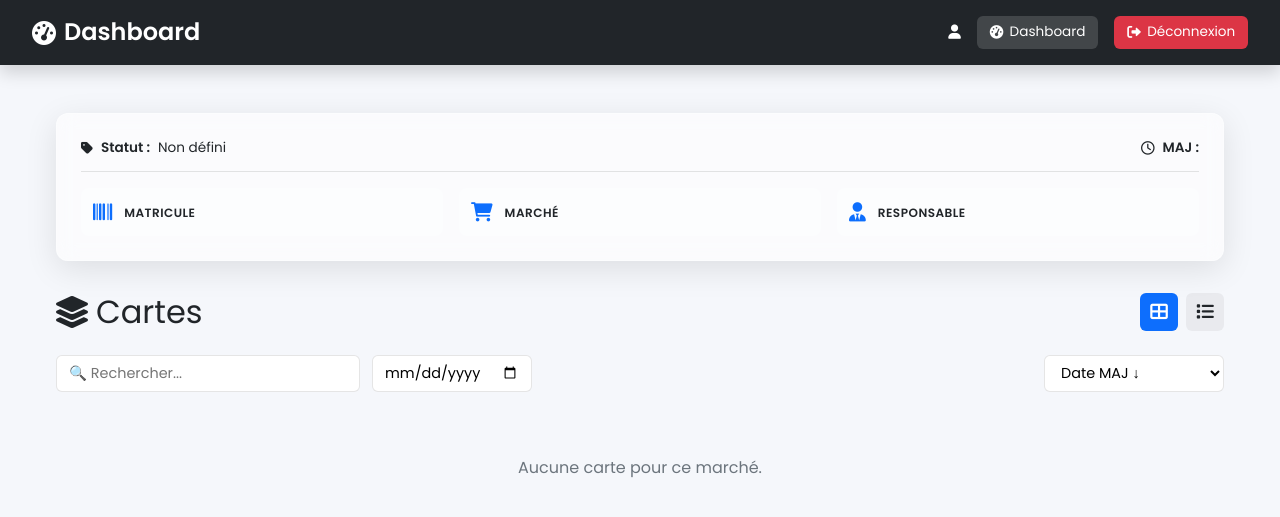
Repository: Andriatiana669/Retour_XP
Page: marches/templates/marches/description.html
These files come from the project's save history. The page is drawn as it stood at one moment and after the next save; the edit follows.
The browser window is 1280 px wide. The pictures show the whole page.
The page is served by the project's application, run on Django 5.2 (manage.py). Other server files are loaded and not shown. The template is opened directly, without the code that normally fills it, so the values that code supplies are empty.

Above is the page before, as saved 2026-01-08 14:15:09.

### marches/templates/marches/description.html
{% extends 'dashboard/base.html' %}
{% load static %}
{% block title %}{{ marche_detaille.titre }}{% endblock %}

{% block extra_css %}
<link rel="stylesheet" href="{% static 'marches/css/description.css' %}">
<link rel="stylesheet" href="https://cdnjs.cloudflare.com/ajax/libs/font-awesome/6.0.0/css/all.min.css">
{% endblock %}

{% block content %}
<main class="container">
    <section class="info-grid">
        <div class="info-card">
            <div class="info-header">
                <span class="etat-item"><i class="fas fa-tag"></i><strong>Statut :</strong>
                    {{ marche_detaille.etat_affaire.nom|default:'Non défini' }}
                </span>
                <span class="maj-item"><i class="far fa-clock"></i><strong>MAJ :</strong>
                    {{ marche_detaille.date_maj|date:"d/m/Y H:i" }}
                </span>
            </div>
            <div class="info-items-container">
                <div class="info-item">
                    <i class="fas fa-barcode"></i>
                    <span>
                        <strong>Matricule</strong>
                        <br>
                        {{ marche_detaille.matricule }}
                    </span>
                </div>
                <div class="info-item">
                    <i class="fas fa-shopping-cart"></i>
                    <span>
                        <strong>Marché</strong>
                        <br>
                        {{ marche_detaille.nom_marche }}
                    </span>
                </div>
                <div class="info-item">
                    <i class="fas fa-user-tie"></i>
                    <span>
                        <strong>Responsable</strong>
                        <br>
                        {{ marche_detaille.resp_marche }}
                    </span>
                </div>
                <!--
                <div class="info-item">
                    <i class="fas fa-calendar-check"></i>
                    <span>
                        <strong>Retour</strong>
                        <br>
                        {{ marche_detaille.date_retour|default:'Non planifié' }}
                    </span>
                </div>
                -->
            </div>
        </div>
        {% if marche_detaille.description %}
        <div class="description-box">
            <h3><i class="fas fa-info-circle"></i> Description</h3>
            <p>{{ marche_detaille.description|linebreaks }}</p>
        </div>
        {% endif %}
    </section>

    <!-- ========== CARTES ========== -->
    <section class="cartes-section">
        <div class="cartes-header">
            <h2><i class="fas fa-layer-group"></i> Cartes</h2>
            <div class="view-toggle">
                <button id="btnGrand" class="vue-btn active" title="Grandes cartes"><i
                        class="fas fa-th-large"></i></button>
                <button id="btnPetit" class="vue-btn" title="Petites cartes"><i class="fas fa-list"></i></button>
            </div>
            {% if request.user.profile.est_responsable %}
            <a href="{% url 'marches:ajouter_carte' marche_detaille.id %}" class="btn-add"><i
                    class="fas fa-plus-circle"></i> Ajouter une carte</a>
            {% endif %}
        </div>

        <!-- Barre outils : tri + filtre -->
        <div class="cartes-tools">
            <div class="tools-left">
                <input type="text" id="searchCarte" placeholder="🔍 Rechercher..." class="form-search">
                <input type="date" id="filterDate" class="form-date">
            </div>
            <div class="tools-right">
                <select id="sortSelect" class="form-sort">
                    <option value="date-desc">Date MAJ ↓</option>
                    <option value="date-asc">Date MAJ ↑</option>
                    <option value="titre-az">Titre A-Z</option>
                    <option value="titre-za">Titre Z-A</option>
                </select>
            </div>
        </div>

        <!-- Conteneur des cartes -->
        <div id="cartesContainer" class="cartes-container">
        {% for carte in cartes %}
        <div class="carte" data-id="{{ carte.id }}" data-titre="{{ carte.titre|lower }}" data-date="{{ carte.date_maj|date:'Y-m-d' }}">
            <!-- actions visibles dans les 2 modes -->
            <div class="carte-actions mode-independent">
            <a href="{% url 'marches:voir_carte' carte.id %}" class="btn-act" title="Voir"><i class="fas fa-eye"></i></a>
            {% if request.user.profile.est_responsable %}
            <a href="{% url 'marches:modifier_carte' carte.id %}" class="btn-act mod" title="Modifier"><i class="fas fa-edit"></i></a>
            <a href="{% url 'marches:supprimer_carte' carte.id %}" class="btn-act del" title="Supprimer" onclick="return confirm('Supprimer cette carte ?');"><i class="fas fa-trash"></i></a>
            {% endif %}
            </div>

            <!-- Conteneur unique -->
            <div class="carte-inner">
            <!-- Vue compacte (ligne) -->
            <div class="carte-compact">
                <span class="cc-titre"><i class="far fa-folder"></i> {{ carte.titre }}</span>
                <span class="cc-objet"><i class="fas fa-paperclip"></i> {{ carte.objet|default:"-" }}</span>
                <span class="cc-client"><i class="fas fa-user-alt"></i> {{ carte.nom_client|default:"-" }}</span>
                <span class="cc-date"><i class="far fa-calendar"></i> <strong>Date retour :</strong> {{ carte.date_retour|date:"d/m/Y" }}</span>
                <span class="cc-maj"><i class="far fa-clock"></i> <strong>Date MAJ :</strong> {{ carte.date_maj|date:"d/m/Y H:i" }}</span>
            </div>

            <!-- Vue normale (carte complète) -->
            <div class="carte-normal">
                <div class="carte-header"><h4>{{ carte.titre }}</h4><button class="btn-copy" data-contenu="{{ carte.contenu|striptags|escape }}" title="Copier"><i class="far fa-copy"></i></button></div>
                <div class="carte-body">
                {% if carte.objet %}<p class="objet"><strong>Objet :</strong> {{ carte.objet }}</p>{% endif %}
                {% if carte.nom_client %}<p class="client"><strong>Client :</strong> {{ carte.nom_client }}</p>{% endif %}
                <div class="contenu">{{ carte.contenu|linebreaks }}</div>
                </div>
                {% if carte.image %}<div class="carte-image"><img src="{{ carte.image.url }}" alt="{{ carte.titre }}" loading="lazy"></div>{% endif %}
                <div class="carte-footer"><span class="date-retour"><i class="far fa-calendar"></i> Retour : {{ carte.date_retour|date:"d/m/Y" }}</span><span class="date-maj">MAJ : {{ carte.date_maj|date:"d/m/Y H:i" }}</span></div>
            </div>
            </div>
        </div>
        {% empty %}
        <p class="empty-cartes">Aucune carte pour ce marché.</p>
        {% endfor %}
        </div>
    </section>
</main>

<script src="{% static 'marches/js/description.js' %}"></script>
{% endblock %}

### dashboard/templates/dashboard/base.html
{% load static %}
<!DOCTYPE html>
<html lang="fr">
<head>
    <meta charset="UTF-8">
    <meta name="viewport" content="width=device-width, initial-scale=1.0">
    <title>{% block title %}Dashboard - Retour XP{% endblock %}</title>

    <!-- Polices et icônes -->
    <link rel="stylesheet" href="https://cdnjs.cloudflare.com/ajax/libs/font-awesome/6.4.0/css/all.min.css">
    <link href="https://fonts.googleapis.com/css2?family=Poppins:wght@300;400;600&display=swap" rel="stylesheet">

    <!-- Bootstrap + CSS global -->
    <link href="https://cdn.jsdelivr.net/npm/bootstrap@5.3.2/dist/css/bootstrap.min.css" rel="stylesheet">
    <link rel="stylesheet" href="{% static 'dashboard/css/dashboard.css' %}">

    {% block extra_css %}{% endblock %}
</head>
<body>
    <!-- HEADER COMMUN -->
    <header>
        <h1><i class="fas fa-tachometer-alt"></i> Dashboard</h1>

        <div class="header-actions">
            <!-- Nom utilisateur -->
            <span class="user-name"><i class="fas fa-user"></i> {{ request.user.username }}</span>

            <!-- Fil d'Ariane (hors page d'accueil) -->
            {% if request.resolver_match.url_name != 'dashboard' %}
            <nav class="breadcrumb-bar">
                <a href="{% url 'dashboard:dashboard' %}" class="btn-nav">
                    <i class="fas fa-tachometer-alt"></i> Dashboard
                </a>
                {% if request.resolver_match.url_name == 'description' %}
                <a href="{% url 'dashboard:liste_marche' object.marche_global.id %}" class="btn-nav">
                    <i class="fas fa-arrow-left"></i> Retour à la liste
                </a>
                {% endif %}
            </nav>
            {% endif %}

            <!-- Déconnexion (rouge) -->
            <a href="{% url 'authentification:logout' %}" class="btn-logout">
                <i class="fas fa-sign-out-alt"></i> Déconnexion
            </a>
        </div>
    </header>

    <!-- CONTENU DES PAGES FILLES -->
    <main>
        {% block content %}{% endblock %}
    </main>

    <!-- JS COMMUN -->
    <script src="https://cdn.jsdelivr.net/npm/bootstrap@5.3.2/dist/js/bootstrap.bundle.min.js"></script>
    {% block extra_js %}{% endblock %}
</body>
</html>

### Retour_XP/urls.py
"""
URL configuration for Retour_XP project.

The `urlpatterns` list routes URLs to views. For more information please see:
    https://docs.djangoproject.com/en/5.2/topics/http/urls/
Examples:
Function views
    1. Add an import:  from my_app import views
    2. Add a URL to urlpatterns:  path('', views.home, name='home')
Class-based views
    1. Add an import:  from other_app.views import Home
    2. Add a URL to urlpatterns:  path('', Home.as_view(), name='home')
Including another URLconf
    1. Import the include() function: from django.urls import include, path
    2. Add a URL to urlpatterns:  path('blog/', include('blog.urls'))
"""
# Retour_XP/urls.py
from django.contrib import admin
from django.urls import path, include
from django.conf import settings
from django.conf.urls.static import static

urlpatterns = [
    path('admin/', admin.site.urls),
    path('', include('authentification.urls')),
    path('dashboard/', include('dashboard.urls')),
    path('marches/', include('marches.urls')),
]

if settings.DEBUG:
    urlpatterns += static(settings.MEDIA_URL, document_root=settings.MEDIA_ROOT)
    urlpatterns += static(settings.STATIC_URL, document_root=settings.STATIC_ROOT)

### authentification/urls.py
# authentification/urls.py
from django.urls import path
from . import views

app_name = 'authentification'

urlpatterns = [
    path('', views.login_view, name='login'),
    path('logout/', views.custom_logout, name='logout'),   # ← nouvelle ligne
]

### dashboard/urls.py
# dashboard/urls.py
from django.urls import path
from . import views

app_name = 'dashboard'

urlpatterns = [
    path('', views.dashboard_view, name='dashboard'),
    path('marche/<int:marche_global_id>/', views.liste_marche_view, name='liste_marche'),
    path('marche/<int:marche_global_id>/ajouter/', views.ajouter_marche_view, name='ajouter_marche'),
    path('marche/change-etat/<int:pk>/', views.change_etat_view, name='change_etat'),
    path('marche/modifier/<int:pk>/', views.modifier_marche_view, name='modifier_marche'),
    path('marche/supprimer/<int:pk>/', views.supprimer_marche_view, name='supprimer_marche'),
]

### marches/urls.py
# marches/urls.py
from django.urls import path
from . import views

app_name = 'marches'

urlpatterns = [
    path('description/<int:marche_detaille_id>/', views.description_view, name='description'),

    # Cartes
    path('carte/ajouter/<int:marche_detaille_id>/', views.ajouter_carte_view,   name='ajouter_carte'),
    path('carte/voir/<int:carte_id>/',                views.voir_carte_view,      name='voir_carte'),
    path('carte/modifier/<int:carte_id>/',            views.modifier_carte_view,  name='modifier_carte'),
    path('carte/supprimer/<int:carte_id>/',           views.supprimer_carte_view, name='supprimer_carte'),
]

### dashboard/static/dashboard/css/dashboard.css
/* ---------- VARIABLES ---------- */
:root {
    --primary-color: #0d6efd;
    --secondary-color: #6c757d;
    --success-color: #28a745;
    --danger-color: #dc3545;
    --light-color: #f8f9fa;
    --dark-color: #212529;
    --shadow-sm: 0 .125rem .25rem rgba(0,0,0,.075);
    --shadow-md: 0 .5rem 1rem rgba(0,0,0,.15);
    --shadow-lg: 0 1rem 3rem rgba(0,0,0,.175);
    --transition: all .3s ease;
}

/* ---------- BASE ---------- */
body {
    font-family: 'Poppins', 'Segoe UI', Roboto, Arial, sans-serif;
    background: var(--light-color);
    margin: 0;
    padding: 0;
    color: #333;
}

/* ---------- HEADER ---------- */
header {
    background: var(--dark-color);
    color: #fff;
    padding: 1rem 2rem;
    display: flex;
    justify-content: space-between;
    align-items: center;
    box-shadow: var(--shadow-md);
    position: sticky;
    top: 0;
    z-index: 100;
}
header h1 {
    margin: 0;
    font-size: 1.5rem;
    font-weight: 600;
    display: flex;
    align-items: center;
    gap: .5rem;
}

.header-actions {
    display: flex;
    align-items: center;
    gap: 1rem;
}
.user-name {
    font-size: .9rem;
    color: #fff;
    white-space: nowrap;
}

.breadcrumb-bar {
    display: flex;
    gap: .5rem;
}
.btn-nav {
    background: rgba(255,255,255,.15);
    color: #fff;
    padding: .4rem .8rem;
    border-radius: .375rem;
    text-decoration: none;
    font-size: .85rem;
    display: inline-flex;
    align-items: center;
    gap: .4rem;
    transition: background .2s;
}
.btn-nav:hover { background: rgba(255,255,255,.25); }

.btn-logout {
    background: var(--danger-color);
    color: #fff;
    padding: .4rem .8rem;
    border-radius: .375rem;
    text-decoration: none;
    font-size: .85rem;
    display: inline-flex;
    align-items: center;
    gap: .4rem;
    transition: background .2s;
}
.btn-logout:hover { background: #c82333; }

/* ---------- MAIN ---------- */
main {
    padding: 2rem;
    max-width: 1400px;
    margin: 0 auto;
}
main h2 {
    color: var(--dark-color);
    margin-bottom: 1.5rem;
    display: flex;
    align-items: center;
    gap: .5rem;
}

/* ---------- DASHBOARD CONTROLS ---------- */
.dashboard-controls {
    display: flex;
    justify-content: space-between;
    margin-bottom: 1.5rem;
    gap: 1rem;
    flex-wrap: wrap;
}
.search-bar {
    flex: 1;
    min-width: 200px;
}
.search-bar input {
    width: 100%;
    padding: .75rem 1rem;
    border: 1px solid #dee2e6;
    border-radius: .5rem;
    font-size: 1rem;
    transition: var(--transition);
}
.search-bar input:focus {
    border-color: var(--primary-color);
    outline: none;
    box-shadow: 0 0 0 .25rem rgba(13, 110, 253, .25);
}
.filter-options select {
    padding: .75rem 1rem;
    border: 1px solid #dee2e6;
    border-radius: .5rem;
    background: #fff;
    cursor: pointer;
    min-width: 180px;
}

/* ---------- GRILLE ---------- */
.marches-grid {
    display: grid;
    grid-template-columns: repeat(auto-fill, minmax(280px, 1fr));
    gap: 1.5rem;
    margin-top: 1.5rem;
}

/* ---------- CARTE ---------- */
.marche-card {
    background: #fff;
    padding: 1.5rem;
    border-radius: .5rem;
    box-shadow: var(--shadow-sm);
    border: 1px solid #e9ecef;
    display: flex;
    flex-direction: column;
    position: relative;
    overflow: hidden;
    transition: var(--transition);
}
.marche-card::before {
    content: "📊";
    position: absolute;
    top: 1rem;
    right: 1rem;
    font-size: 1.5rem;
    opacity: .1;
    color: var(--primary-color);
}
.marche-card:hover {
    transform: translateY(-5px) scale(1.01);
    box-shadow: var(--shadow-lg);
    border-color: var(--primary-color);
}
.marche-card h3 {
    margin: 0 0 .5rem 0;
    color: var(--primary-color);
    font-weight: 600;
}
.marche-card p {
    color: var(--secondary-color);
    margin: .5rem 0 1rem 0;
    flex-grow: 1;
}
.marche-stats { margin: .5rem 0; }
.projet-count {
    background: var(--success-color);
    color: #fff;
    padding: .25rem .75rem;
    border-radius: 1rem;
    font-size: .875rem;
    font-weight: 600;
    display: inline-flex;
    align-items: center;
    gap: .5rem;
}
.projet-count::before { content: "📦"; }

/* ---------- BOUTON ---------- */
.btn-voir {
    display: inline-flex;
    align-items: center;
    gap: .5rem;
    margin-top: auto;
    padding: .5rem 1rem;
    background: var(--primary-color);
    color: #fff;
    text-decoration: none;
    border-radius: .375rem;
    font-weight: 500;
    transition: var(--transition);
    align-self: flex-start;
}
.btn-voir:hover {
    background: #0b5ed7;
    transform: translateY(-1px);
}

/* ---------- ANIMATION ---------- */
@keyframes fadeIn {
    from { opacity: 0; transform: translateY(10px); }
    to { opacity: 1; transform: translateY(0); }
}
.marche-card { animation: fadeIn .3s ease forwards; }

/* ---------- RESPONSIVE ---------- */
@media (max-width: 768px) {
    .dashboard-controls { flex-direction: column; }
    .marches-grid { grid-template-columns: 1fr; }
}

### marches/static/marches/css/description.css
/* ---------- VARIABLES ---------- */
:root {
  --primary: #0d6efd;
  --glass: rgba(255, 255, 255, 0.55);
  --shadow: 0 8px 32px rgba(0, 0, 0, 0.1);
  --radius: 12px;
  --txt: #212529;
  --bg: #f5f7fb;
}
body {
  background: var(--bg);
  font-family: 'Poppins', sans-serif;
  color: var(--txt);
  margin: 0;
}
.container {
  max-width: 1200px;
  margin: 0 auto;
  padding: 1rem;
}

/* ---------- INFO ---------- */
.info-grid {
  margin-bottom: 2rem;
}
.info-card {
  background: var(--glass);
  backdrop-filter: blur(10px);
  border: 1px solid rgba(255, 255, 255, 0.3);
  border-radius: var(--radius);
  box-shadow: var(--shadow);
  padding: 1.5rem;
  display: flex;
  flex-direction: column;
  gap: 1rem;
}
.info-header {
  display: flex;
  justify-content: space-between;
  padding-bottom: 0.75rem;
  border-bottom: 1px solid rgba(0, 0, 0, 0.1);
}
.etat-item, .maj-item {
  display: flex;
  align-items: center;
  gap: 0.5rem;
  font-size: 0.85rem;
}
.info-items-container {
  display: flex;
  flex-wrap: wrap;
  gap: 1rem;
}
.info-item {
  flex: 1;
  min-width: 200px;
  display: flex;
  align-items: center;
  gap: 0.75rem;
  padding: 0.75rem;
  background: rgba(255, 255, 255, 0.3);
  border-radius: 8px;
  transition: transform 0.2s;
}
.info-item:hover {
  transform: translateY(-2px);
  box-shadow: 0 4px 8px rgba(0, 0, 0, 0.1);
}
.info-item i {
  font-size: 1.2rem;
  color: var(--primary);
}
.info-item strong {
  font-size: 0.75rem;
  text-transform: uppercase;
  letter-spacing: 0.5px;
}
.description-box {
  background: var(--glass);
  backdrop-filter: blur(10px);
  border: 1px solid rgba(255, 255, 255, 0.3);
  border-radius: var(--radius);
  box-shadow: var(--shadow);
  padding: 1.5rem;
  margin-top: 1rem;
}
.description-box h3 {
  margin: 0 0 1rem;
  display: flex;
  align-items: center;
  gap: 0.5rem;
}

/* ---------- CARTES ---------- */
.cartes-section {
  margin-top: 2rem;
}
.cartes-header {
  display: flex;
  justify-content: space-between;
  align-items: center;
  margin-bottom: 1.5rem;
  flex-wrap: wrap;
  gap: 1rem;
}
.cartes-header h2 {
  margin: 0;
  display: flex;
  align-items: center;
  gap: 0.5rem;
}
.btn-add {
  background: var(--primary);
  color: #fff;
  padding: 0.5rem 1rem;
  border-radius: 0.375rem;
  text-decoration: none;
  display: inline-flex;
  align-items: center;
  gap: 0.5rem;
  transition: background 0.2s;
}
.btn-add:hover {
  background: #0b5ed7;
}
/* ------ BOUTONS DE BASCULE ------ */
.view-toggle {
  display: flex;
  gap: 0.5rem;
}
.vue-btn {
  background: rgba(0, 0, 0, 0.05);
  border: none;
  width: 38px;
  height: 38px;
  border-radius: 6px;
  cursor: pointer;
  font-size: 1.1rem;
  color: var(--txt);
  transition: background 0.2s;
}
.vue-btn.active,
.vue-btn:hover {
  background: var(--primary);
  color: #fff;
}
/* ------ OUTILS : RECHERCHE + FILTRE + TRI ------ */
.cartes-tools {
  display: flex;
  justify-content: space-between;
  align-items: center;
  margin-bottom: 1rem;
  flex-wrap: wrap;
  gap: 1rem;
}
.tools-left, .tools-right {
  display: flex;
  gap: 0.75rem;
  align-items: center;
}
.form-search,
.form-date,
.form-sort {
  padding: 0.4rem 0.75rem;
  border: 1px solid rgba(0, 0, 0, 0.1);
  border-radius: 0.375rem;
  background: #fff;
  font-size: 0.9rem;
}
.form-search {
  min-width: 220px;
}
.form-date {
  width: 160px;
}
.form-sort {
  width: 180px;
}
/* ------ GRANDE CARTE : 4 par ligne + hauteur réduite ------ */
.cartes-container {
  display: grid;
  gap: 1.5rem;
  grid-template-columns: repeat(auto-fill, minmax(300px, 1fr));
}
@media (min-width: 1200px) {
  .cartes-container {
    grid-template-columns: repeat(4, 1fr);
  }
}
.carte {
  background: var(--glass);
  backdrop-filter: blur(10px);
  border: 1px solid rgba(255, 255, 255, 0.3);
  border-radius: var(--radius);
  box-shadow: var(--shadow);
  overflow: hidden;
  transition: transform 0.2s;
  display: flex;
  flex-direction: column;
}
.carte:hover {
  transform: translateY(-4px);
}
/* Hauteur réduite : scroll + image limitée */
.carte-normal .carte-body {
  max-height: 150px;
  overflow: auto;
}
.carte-normal .carte-image img {
  max-height: 140px;
  object-fit: cover;
}
/* Actions visibles dans les 2 modes */
.mode-independent {
  display: flex;
  justify-content: flex-end;
  padding: 0.4rem 0.75rem;
  gap: 0.4rem;
  background: rgba(0, 0, 0, 0.05);
}
.btn-act {
  background: none;
  border: none;
  color: var(--primary);
  cursor: pointer;
  padding: 0.25rem 0.5rem;
  border-radius: 0.25rem;
  transition: background 0.2s;
}
.btn-act:hover {
  background: rgba(13, 110, 253, 0.1);
}
.btn-act.del {
  color: #dc3545;
}
.btn-act.del:hover {
  background: rgba(220, 53, 69, 0.1);
}
.carte-header {
  display: flex;
  justify-content: space-between;
  align-items: center;
  padding: 0.6rem 1rem;
  border-bottom: 1px solid rgba(0, 0, 0, 0.05);
}
.carte-header h4 {
  margin: 0;
  font-size: 1rem;
}
.btn-copy {
  background: none;
  border: none;
  color: var(--primary);
  cursor: pointer;
  padding: 0.25rem;
  border-radius: 0.25rem;
  transition: background 0.2s;
}
.btn-copy:hover {
  background: rgba(13, 110, 253, 0.1);
}
.carte-body {
  padding: 0.6rem 1rem;
  flex: 1;
  overflow: auto;
}
.carte-body .objet,
.carte-body .client {
  margin: 0.25rem 0;
  font-size: 0.85rem;
}
.carte-body .contenu {
  margin-top: 0.5rem;
  line-height: 1.5;
}
.carte-image img {
  width: 100%;
  height: auto;
  max-height: 140px;
  object-fit: cover;
  border-top: 1px solid rgba(0, 0, 0, 0.05);
}
.carte-footer {
  padding: 0.5rem 1rem;
  font-size: 0.75rem;
  color: #6c757d;
  border-top: 1px solid rgba(0, 0, 0, 0.05);
  display: flex;
  justify-content: space-between;
}
.date-maj {
  font-size: 0.7rem;
}
.empty-cartes {
  text-align: center;
  padding: 3rem 0;
  color: #6c757d;
  grid-column: 1 / -1;
}
/* ------ MODE COMPACT (liste) ------ */
.cartes-container.compact {
  display: block;
}
.cartes-container.compact .carte-normal {
  display: none;
}
.cartes-container.compact .carte-compact {
  display: grid;
  grid-template-columns: 2fr 1.5fr 1fr 1fr 1fr auto;
  gap: 1rem;
  align-items: center;
  padding: 0.5rem 1rem;
  border-bottom: 1px solid rgba(0, 0, 0, 0.05);
}
.cartes-container.compact .carte {
  background: transparent;
  box-shadow: none;
  border-radius: 0;
  margin: 0;
}
.cartes-container.compact .cc-date,
.cartes-container.compact .cc-maj {
  font-size: 0.8rem;
  color: #6c757d;
}

.cartes-container .carte-inner .carte-compact { display: none; }
.cartes-container .carte-inner .carte-normal  { display: block; }

.cartes-container.compact .carte-inner .carte-compact { display: grid; }
.cartes-container.compact .carte-inner .carte-normal  { display: none; }


@media (max-width: 768px) {
  .info-items-container {
    flex-direction: column;
  }
  .cartes-header {
    flex-direction: column;
    align-items: flex-start;
  }
  .cartes-tools {
    flex-direction: column;
    align-items: stretch;
  }
  .cartes-container.compact .carte-compact {
    grid-template-columns: 1fr;
    gap: 0.5rem;
  }
}

Loaded but not shown: marches/static/marches/js/description.js (64 lines, source omitted)

After the next save:
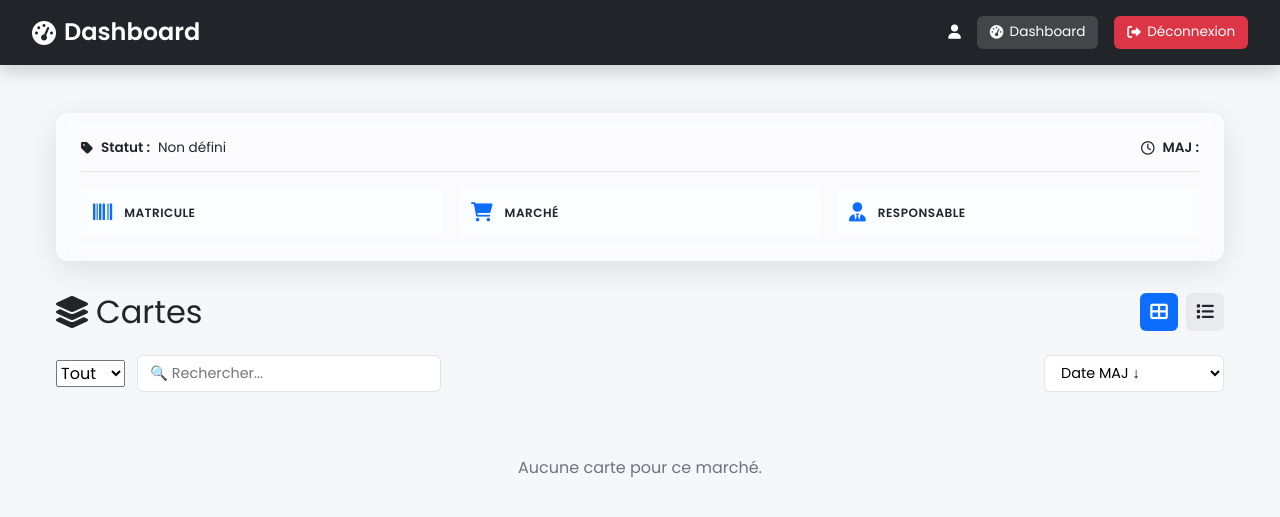
Console error: TypeError: Cannot read properties of null (reading 'addEventListener')
Saved 93 s later.
--- a/marches/templates/marches/description.html
+++ b/marches/templates/marches/description.html
@@ -82,8 +82,13 @@
         <!-- Barre outils : tri + filtre -->
         <div class="cartes-tools">
             <div class="tools-left">
+                <select id="searchField" class="form-field">
+                    <option value="all">Tout</option>
+                    <option value="titre">Titre</option>
+                    <option value="objet">Objet</option>
+                    <option value="client">Client</option>
+                </select>
                 <input type="text" id="searchCarte" placeholder="🔍 Rechercher..." class="form-search">
-                <input type="date" id="filterDate" class="form-date">
             </div>
             <div class="tools-right">
                 <select id="sortSelect" class="form-sort">
